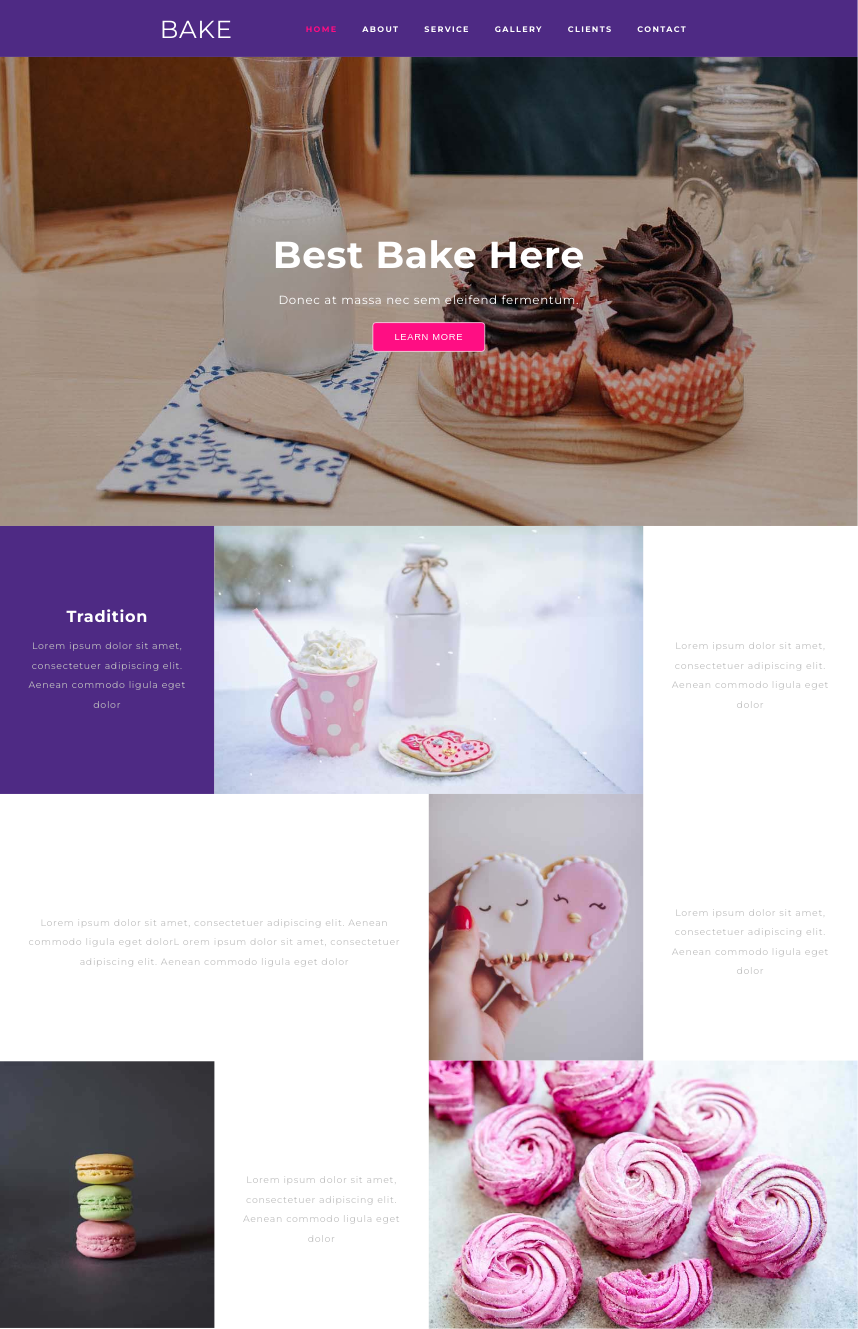
Repository: ducdatit2002/bake-cake
Page: index.html
An editor plug-in stored every save of this project. The page is shown before and after a run of saves, followed by the edit.
The browser window is 1280 px wide. The pictures show the whole page, at 67% of full size.

Above is the page before, as saved 2023-07-13 12:38:39.

### index.html
<!DOCTYPE html>
<html lang="en">
<head>
    <meta charset="UTF-8">
    <meta name="viewport" content="width=device-width, initial-scale=1.0">
    <title>BAKE</title>
    <!-- FONT ICON -->
    <link rel="stylesheet" href="https://cdnjs.cloudflare.com/ajax/libs/font-awesome/6.4.0/css/all.min.css"
        integrity="sha512-iecdLmaskl7CVkqkXNQ/ZH/XLlvWZOJyj7Yy7tcenmpD1ypASozpmT/E0iPtmFIB46ZmdtAc9eNBvH0H/ZpiBw=="
        crossorigin="anonymous" referrerpolicy="no-referrer" />
    <!-- FONT GOOGLE -->
    <link rel="preconnect" href="https://fonts.googleapis.com">
    <link rel="preconnect" href="https://fonts.gstatic.com" crossorigin>
    <link href="https://fonts.googleapis.com/css2?family=Montserrat:wght@300;400;700&display=swap" rel="stylesheet">
    <!-- MAIN CSS -->
    <link rel="stylesheet" href="./index.css">

</head>
<body>
    <!-- HEADER -->
    <header>
        <div class="header__content">
            <p>BAKE</p>
            <nav>
                <ul>
                    <li class="active"><a href="#">HOME</a></li>
                    <li><a href="#">ABOUT</a></li>
                    <li><a href="#">SERVICE</a></li>
                    <li><a href="#">GALLERY</a></li>
                    <li><a href="#">CLIENTS</a></li>
                    <li><a href="#">CONTACT</a></li>
                </ul>
            </nav>
        </div>
    </header>
    <!-- CAROUSEL -->
    <section class="carousel">
        <div class="carousel__content">
            <h1>Best Bake Here</h1>
            <p>Donec at massa nec sem eleifend fermentum.</p>
            <button>LEARN MORE</button>
        </div>
    </section>
    <!-- INTRO -->
    <section class="intro">
        <div class="intro__item intro__text">
            <div>
                <h3>Tradition</h3>
                <p>Lorem ipsum dolor sit amet, consectetuer adipiscing elit. Aenean commodo ligula eget dolor</p>
            </div>
        </div>
        <div class="intro__item intro__ab1">
            <img src="./img/ab1.jpg" alt="intro 1">
        </div>
        <div class="intro__item intro__text">
            <div>
                <h3>Creativity</h3>
                <p>Lorem ipsum dolor sit amet, consectetuer adipiscing elit. Aenean commodo ligula eget dolor</p>
            </div>
        </div>
        <div class="intro__item intro__bake intro__text">
            <div>
                <h3>What We Bake Best For You</h3>
                <p>Lorem ipsum dolor sit amet, consectetuer adipiscing elit. Aenean commodo ligula eget dolorL orem ipsum dolor sit amet,
                consectetuer adipiscing elit. Aenean commodo ligula eget dolor</p>
            </div>
        </div>
        <div class="intro__item">
            <img src="./img/ab2.jpg" alt="intro 2">
        </div>
        <div class="intro__item intro__text">
            <div>
                <h3>Quality</h3>
                <p>Lorem ipsum dolor sit amet, consectetuer adipiscing elit. Aenean commodo ligula eget dolor</p>
            </div>
        </div>
        <div class="intro__item">
            <img src="./img/ab3.jpg" alt="intro 3">
        </div>
        <div class="intro__item intro__text">
            <div>
                <h3>Tasty Cakes</h3>
                <p>Lorem ipsum dolor sit amet, consectetuer adipiscing elit. Aenean commodo ligula eget dolor</p>
            </div>
        </div>
        <div class="intro__item intro__ab4">
            <img src="./img/ab4.jpg" alt="intro 4">
        </div>
    </section>
    <!-- NUMBER -->
    <section class="number"></section>
    <!-- SERVICES -->
    <section class="services"></section>
    <!-- GALLERY -->
    <section class="gallery"></section>
    <!-- TEAM MEMBER -->
    <section class="team"></section>
    <!-- FEEDBACK -->
    <section class="feedback"></section>
    <!-- CONTACT -->
    <section class="contact"></section>
    <!-- FOOTER -->
    <footer></footer>
</body>
</html>

### index.css
/* GLOBAL */
*{
    margin: 0;
    padding: 0;
    box-sizing: border-box;
}
html{
    font-size: 16px;
    /* 1 rem = 18px */
    /* Không khai báo thì 1 rem là 16px */

}
body {
    font-family: 'Montserrat', sans-serif;
    color: #212529;
    background-color: #fff;
    letter-spacing: 1px;
}
button {
    background-color: #ff0e83;
    border: 1px solid white;
    color: white;
    padding: 13px 32px;
    font-size: 0.875rem;
    border-radius: 5px;
    cursor: pointer;
    letter-spacing: 1px;
    transition: all 0.5s;
}
button:hover {
    background-color: white;
    color: black;
    border-color: #ff0e83;

}
/* HEADER */
header {
    background-color: #4e2a84;
    padding: 20px 0;
}
.header__content {
    width: 70%;
    margin: 0 auto;
    display: flex;
    justify-content: space-around;
    align-items: center;
}
.header__content ul {
    list-style: none;
}
.header__content ul a {
    text-decoration: none;
    color: white;
    font-weight: 700;
    font-size: 0.75rem;
    letter-spacing: 2px;
    /* transition-property: all;
    transition-duration: 1s;
    transition-delay: 0s;
    transition-timing-function: linear; */
    transition: all 1s;
}
.header__content ul a:hover {
    color: #ff0e83;
}
.header__content ul li {
    display: inline;
    margin: 0 1rem;
}
.header__content p {
    color: white;
    font-size: 2.3rem;
    /* 2.3 rem ~ 37px */
}
.header__content ul .active a {
    color: #ff0e83;
}

/* CAROUSEL */
.carousel{
    background-image: url(./img/b3.jpg);
    height: 700px;
    background-size: cover;
    background-position: center;
    color: white;
    text-align: center;
    display: flex;
    justify-content: center;
    align-items: center;
}
.carousel__content h1 {
    font-size: 3.5rem;
}
.carousel__content p {
    font-size: 1.1rem;
    padding: 23px 0;
}
/* INTRO */
.intro {
    display: grid;
    /* grid-template-columns: 25% 25% 25% 25%; */
    /* grid-template-columns: repeat(4, 25%); */
    /* fr: phân số */
    grid-template-columns: repeat(4,1fr);
}
.intro__ab1 {
    /* số line bắt đầu */
    /* số line kết thúc */
    /* số cột mà item chiếm */
    /* grid-column:2 / 4; */
    grid-column: 2/ span 2;
}
.intro__bake {
    /* grid-column: 1 / 3; */
    grid-column: 1 /span 2;
}
.intro__ab4 {
    grid-column: 3 / span 2;
}
.intro__item img {
    width: 100%;
    display: block;
}
.intro__text {
    padding: 0 32px;
}
.intro__item {
    display: flex;
    align-items: center;
    text-align: center;
}
.intro__item h3 {
    color: white;
    font-size: 1.5rem;
    font-weight: 700;
    margin-bottom: 1rem;
}
.intro__item p {
    font-size: 0.875rem;
    color: #c1c1c1;
    line-height: 29px;
}
.intro .intro__item:first-child {
    background-color: #4e2a84;
}
.intro .intro__item:nth-child()

After the next 3 saves:
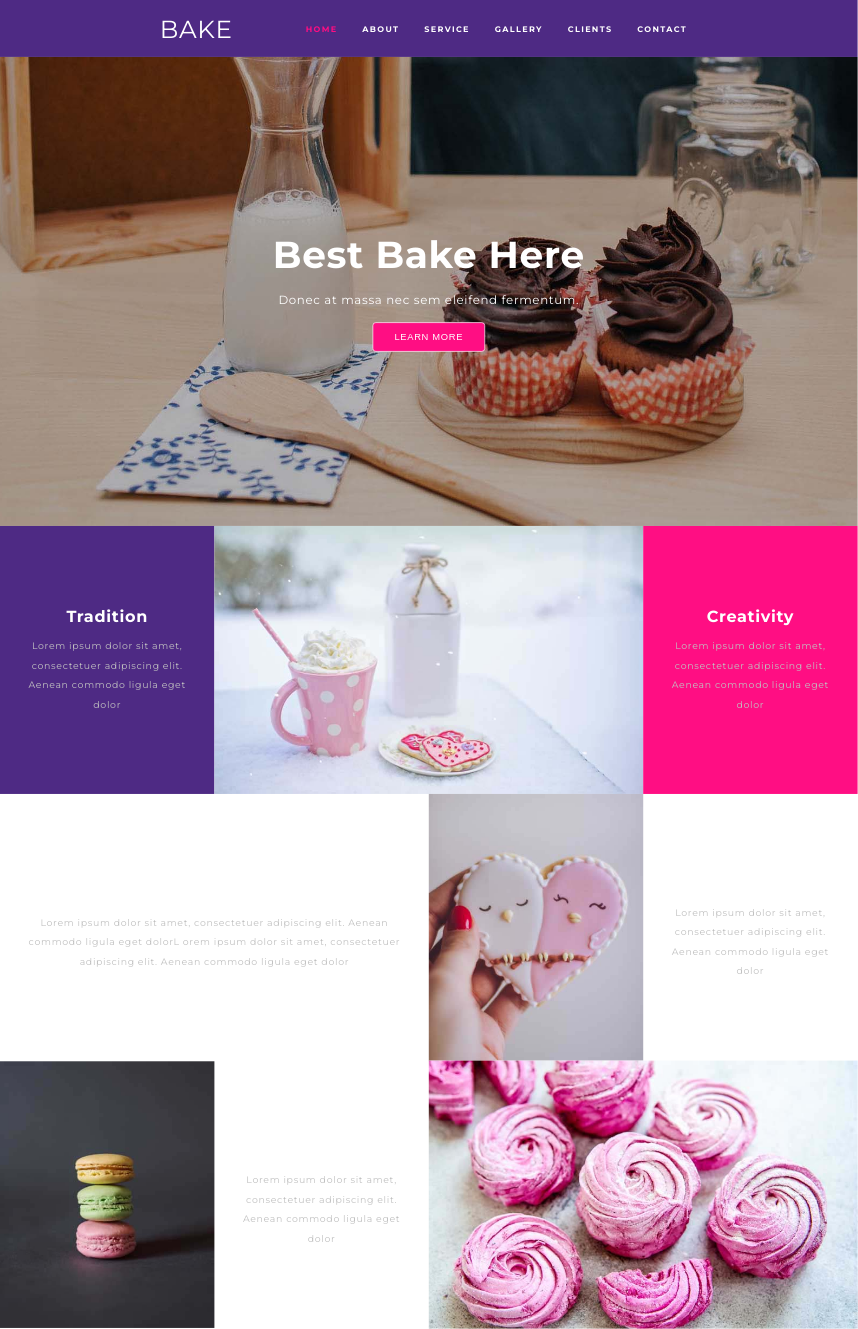
The 3 saves are shown as one change because they came seconds apart.
The last was saved 22 s later.
--- a/index.css
+++ b/index.css
@@ -143,4 +143,6 @@ header {
 .intro .intro__item:first-child {
     background-color: #4e2a84;
 }
-.intro .intro__item:nth-child()
+.intro .intro__item:nth-child(3) {
+    background-color: #ff0e83;
+}
